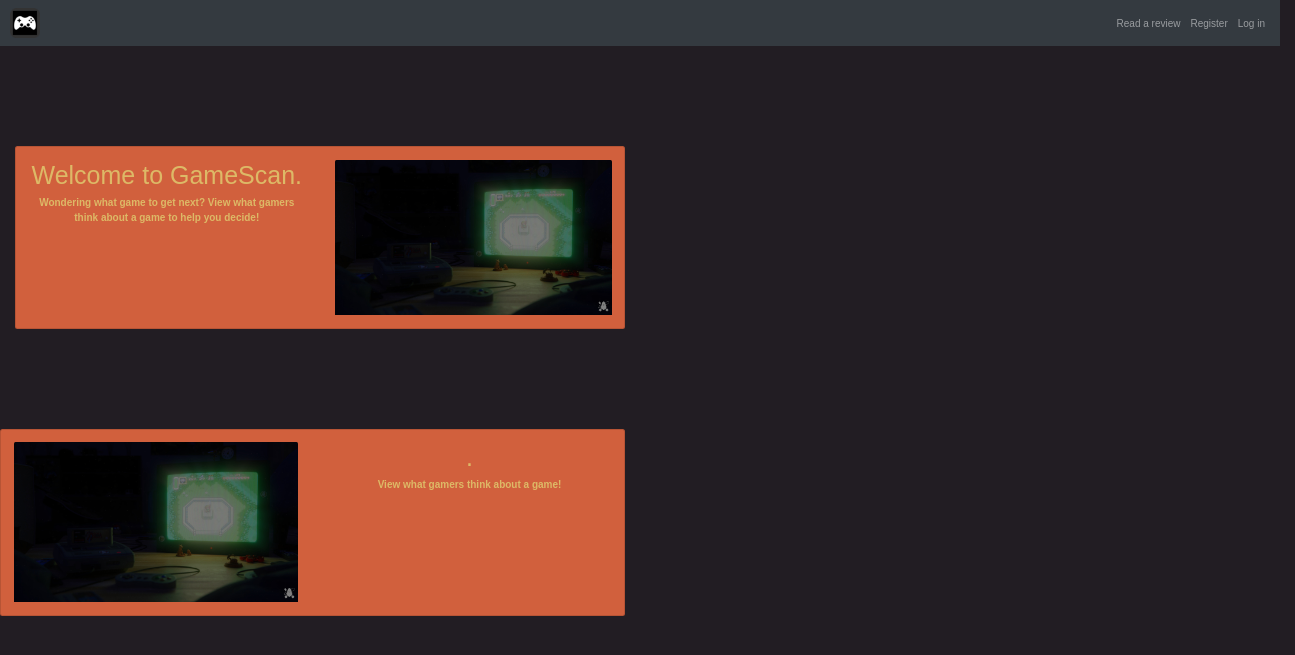
Repository: amit238/milestone-project-3
Page: http://localhost/
The author's editor kept a record of every edit. The page is drawn from the files as they stood at one moment, then again after the next edit.
The browser window is 1280 px wide. The page is 1295 px wide, so the pictures cover 1295 px, including what lies to the right of the window. The pictures show the whole page.
Some web libraries are served in a nearby version. The page is served by the project's application, run on Flask 3 (app.py).

Above is the page before.

After the next edit:
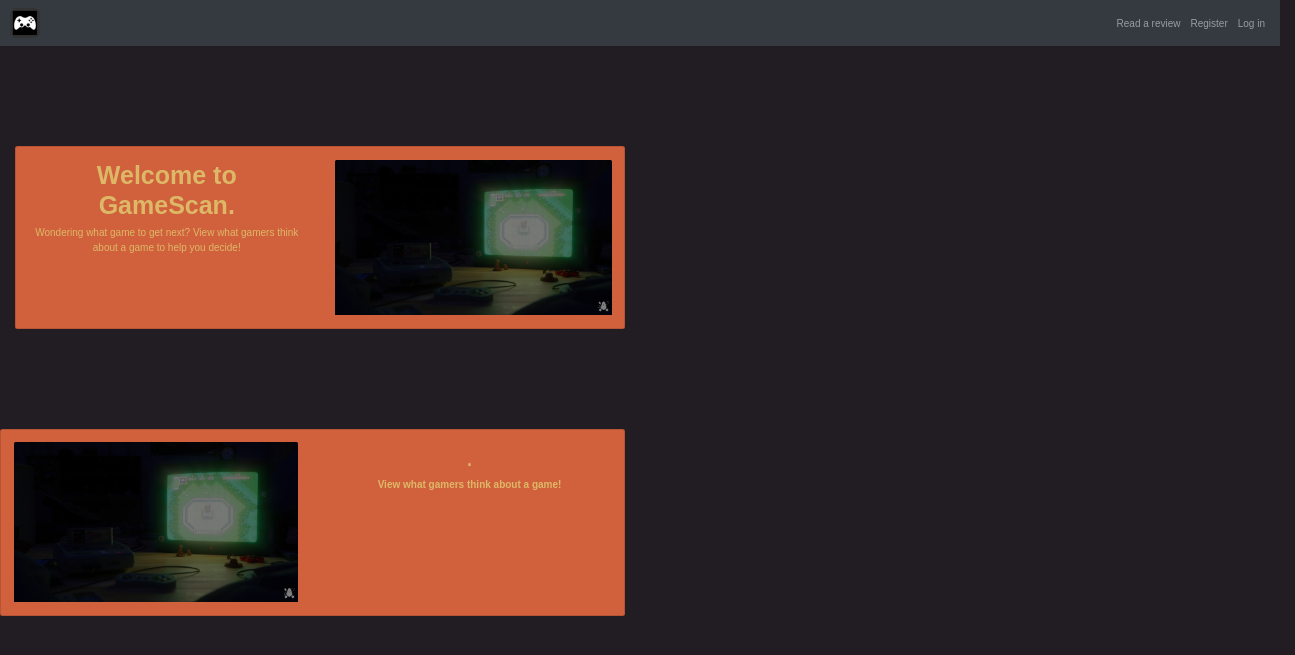
The edit:
--- a/templates/index.html
+++ b/templates/index.html
@@ -6,8 +6,8 @@
                 <div class="card-body">
                     <div class="row">
                         <div class="col-6">
-                            <h1 class="title">Welcome to GameScan.</h1>
-                            <span class="title"><strong>Wondering what game to get next? View what gamers think about a game to help you decide!</strong></span>
+                            <h1 class="title"><strong>Welcome to GameScan.</strong></h1>
+                            <span class="title">Wondering what game to get next? View what gamers think about a game to help you decide!</span>
                         </div>
                         <div class="col-6 image-right">
                             <img class="card-img-top" src="static/img/night.jpg" alt="Gaming at night">
